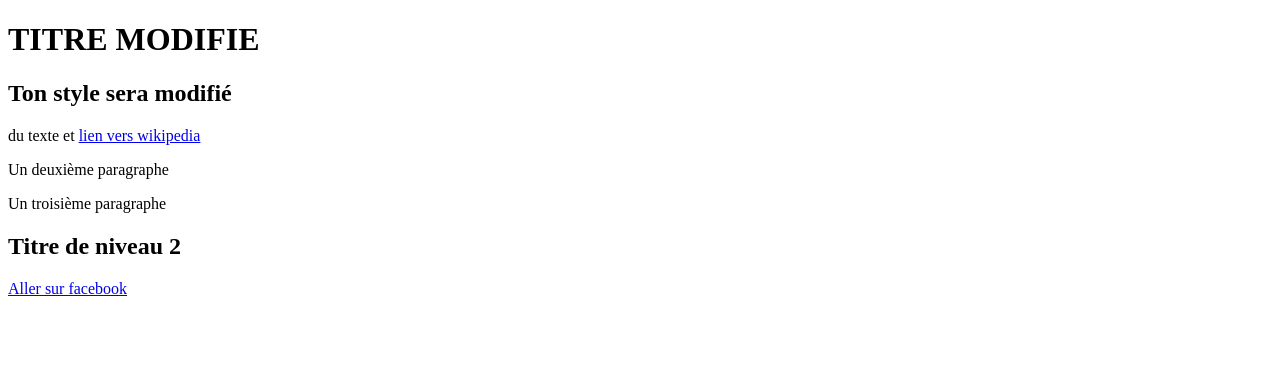
Repository: serviceshuios/Git-Aix-Web
Page: avance-html-css-js/WebContent/index.html
An editor plug-in stored every save of this project. The page is shown before and after the next save, followed by the edit.
The browser window is 1280 px wide. The pictures show the whole page.

Above is the page before, as saved 2018-10-24 12:23:47.
Console error: ReferenceError: titre2 is not defined

### avance-html-css-js/WebContent/index.html
<!DOCTYPE html>
<html>
	<head>
		<meta charset="utf-8"/>
		<title>MODIFICATION HTML</title>
		<link rel="stylesheet" href="css/style.css"/>

	</head>
	<body>
		<h1 id="gros_titre">LE DOM</h1>
		<h2>Ton style sera modifié</h2>
		<p>du texte et <a href="http://www.google.com">un lien</a></p>
		<p>Un deuxième paragraphe</p>
		<p class="maClasse">Un troisième paragraphe</p>
		<h2 class="maClasse">Titre de niveau 2</h2>
		<a href="http://www.facebook.com">Aller sur facebook</a>
<!-- 		<script src="js/script.js"></script> -->
		<script src="js/modification.js"></script>
	</body>
</html>

### avance-html-css-js/WebContent/css/style.css
@charset "utf-8";
.modif {
	background-color: yellow;
	font-size: 40px;
	text-transform: uppercase;
	text-align: center;
}
.maClasse {

}

### avance-html-css-js/WebContent/js/modification.js
/**
 * modifier du contenu HTML
 */
// Modification d'un contenu de type texte : innerHTML
//1- trouver l'élement à modifier
var titre = document.getElementById("gros_titre");
//2- appliquer la modification
titre.innerHTML="TITRE MODIFIE";

// Modifier l'attribut d'un element : .nomAttribut=""

//1- trouver l'élement à modifier
var lien = document.querySelector("p a");
//2- appliquer la modification
lien.innerHTML="lien vers wikipedia";
lien.href="http://wikipedia.org";


// Modifier le style d'un élement
document.querySelector("h2");
titre2.className="modif";

After the next save:
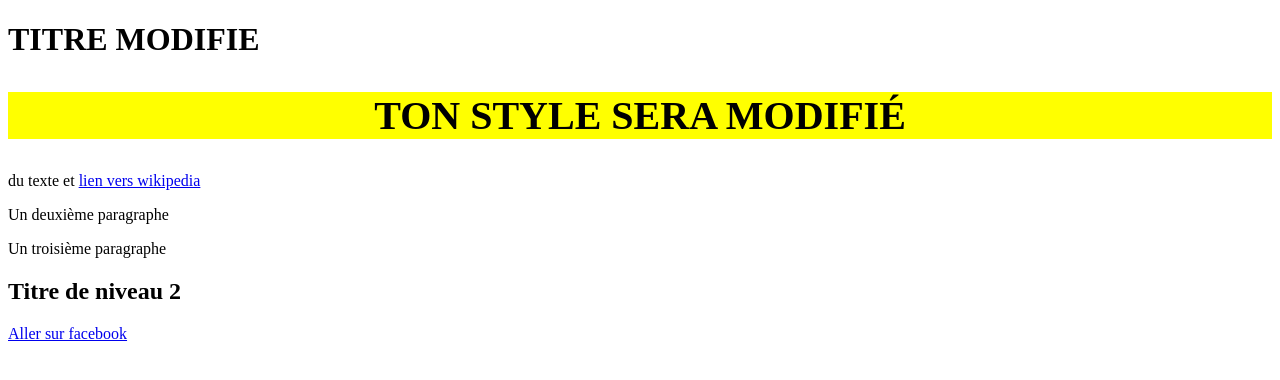
The error is gone.
Saved 21 s later.
--- a/avance-html-css-js/WebContent/js/modification.js
+++ b/avance-html-css-js/WebContent/js/modification.js
@@ -17,5 +17,5 @@ lien.href="http://wikipedia.org";
 
 
 // Modifier le style d'un élement
-document.querySelector("h2");
+titre2=document.querySelector("h2");
 titre2.className="modif";
